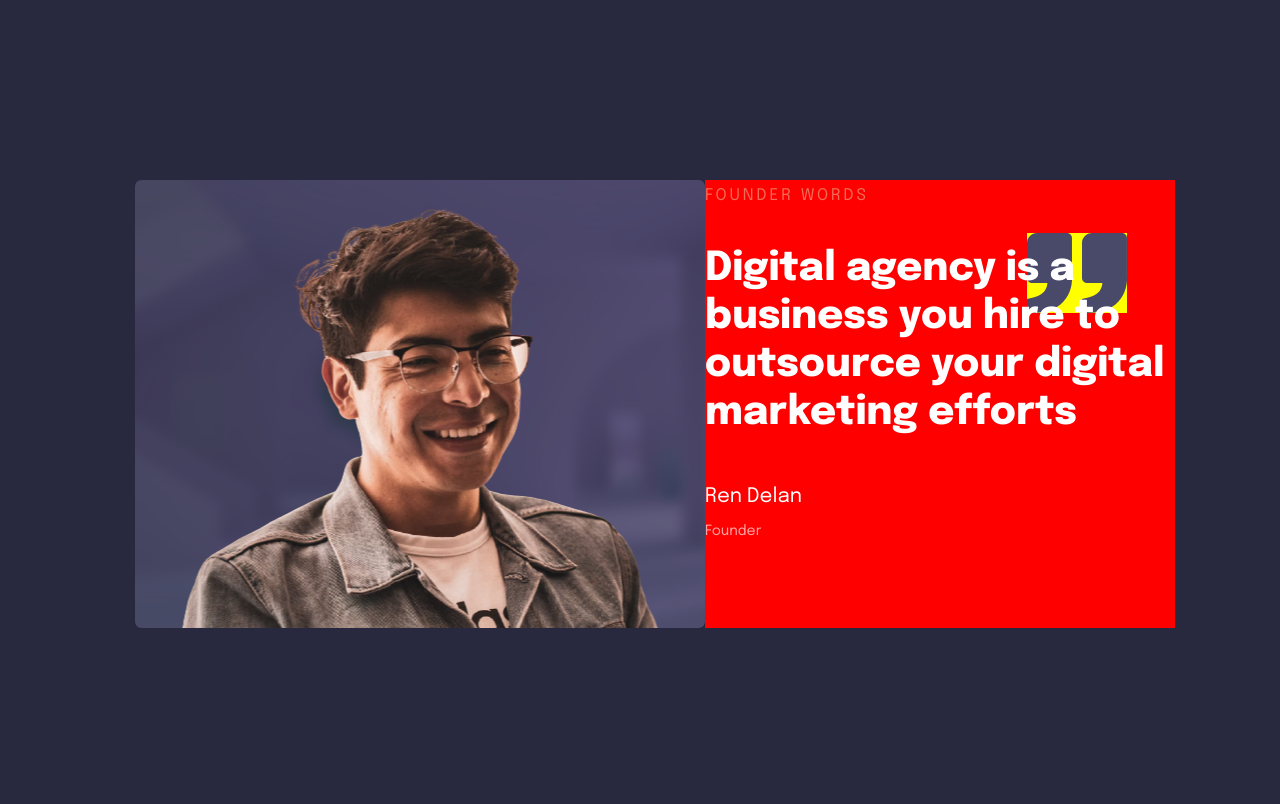
Repository: NatiqSamiyev/image-task
Page: founderWords/index.html
An editor plug-in stored every save of this project. The page is shown before and after a run of saves, followed by the edit.
The browser window is 1280 px wide. The pictures show the whole page.

Above is the page before, as saved 2023-09-02 15:50:24.

After the next 2 saves:
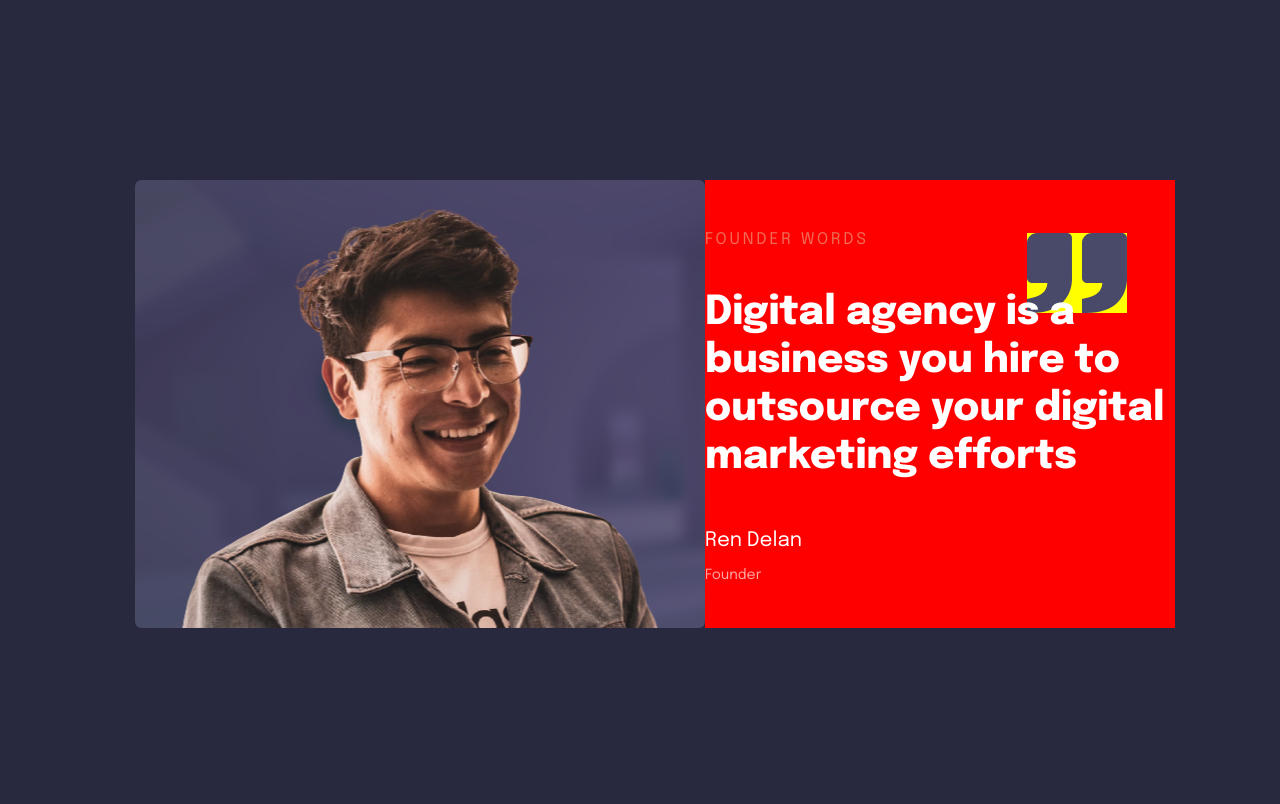
The 2 saves are shown as one change because they came seconds apart.
The last was saved 37 s later.
--- a/founderWords/index.css
+++ b/founderWords/index.css
@@ -37,6 +37,7 @@
   /* width: 40%; */
   background-color: red;
   position: relative;
+  padding-top: 44px;
 
 }
 

After the save that followed:
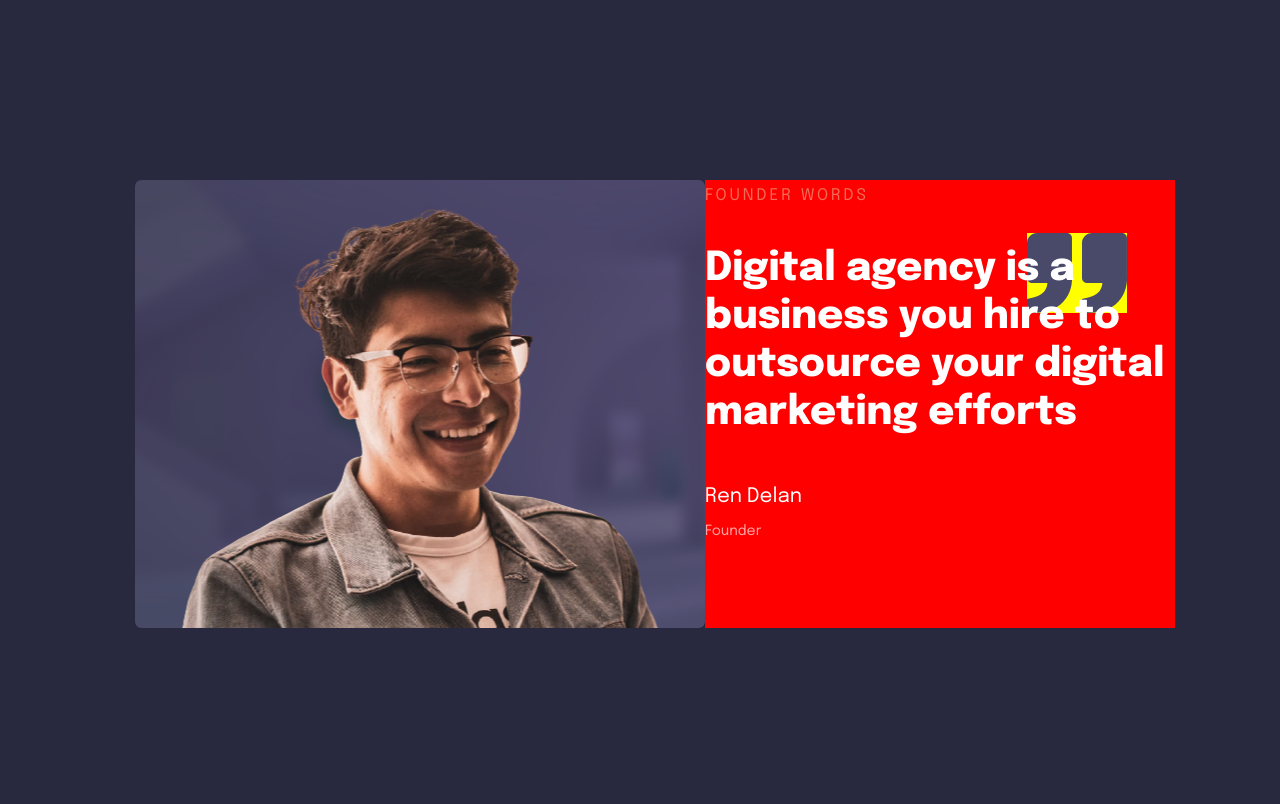
Saved 14 s later.
--- a/founderWords/index.css
+++ b/founderWords/index.css
@@ -37,7 +37,7 @@
   /* width: 40%; */
   background-color: red;
   position: relative;
-  padding-top: 44px;
+
 
 }
 
